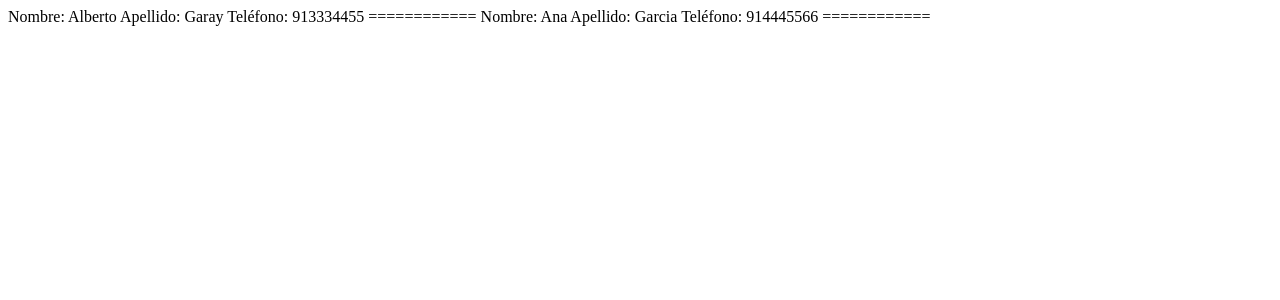
Repository: JaimeMarTal/JaimePHP
Page: http://localhost/ev1/ej11.php
The author's editor kept a copy of each file at every save. The page is drawn from the files as they stood at one save, then again after the next save.
The browser window is 1280 px wide. The pictures show the whole page.
The page is run by PHP 8.4 with error messages shown; the project is at /var/www/html/.

Above is the page before, as saved 2020-10-02 07:29:26.

After the next save:
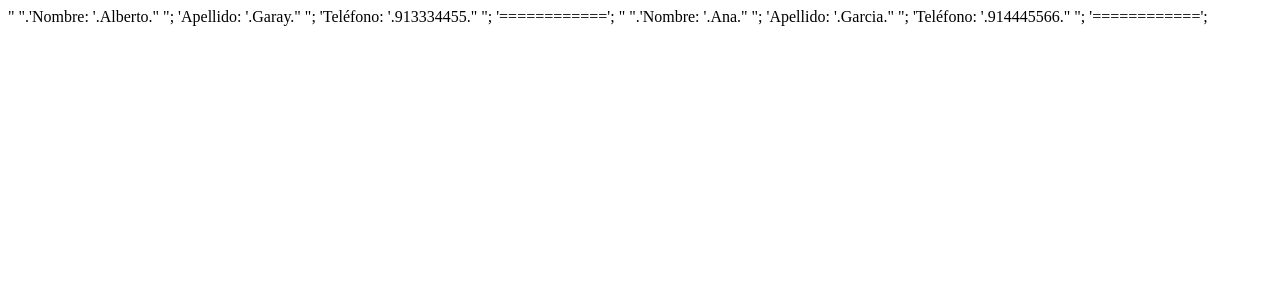
Saved 3 min 48 s later.
--- a/clase/ev1/ej11.php
+++ b/clase/ev1/ej11.php
@@ -7,12 +7,12 @@
 foreach ($personas as $elemento){
 
     $datos = explode(':',$elemento);
-    echo "\n".'Nombre: '.$datos[0]."\n";
-    echo 'Apellido: '.$datos[1]."\n";
-    echo 'Teléfono: '.$datos[2]."\n";
-    echo '============';
+    echo <<<PERSONA
+    "\n".'Nombre: '.$datos[0]."\n";
+    'Apellido: '.$datos[1]."\n";
+    'Teléfono: '.$datos[2]."\n";
+    '============';
+    PERSONA;
 }
 
-
-
 ?>

After the save that followed:
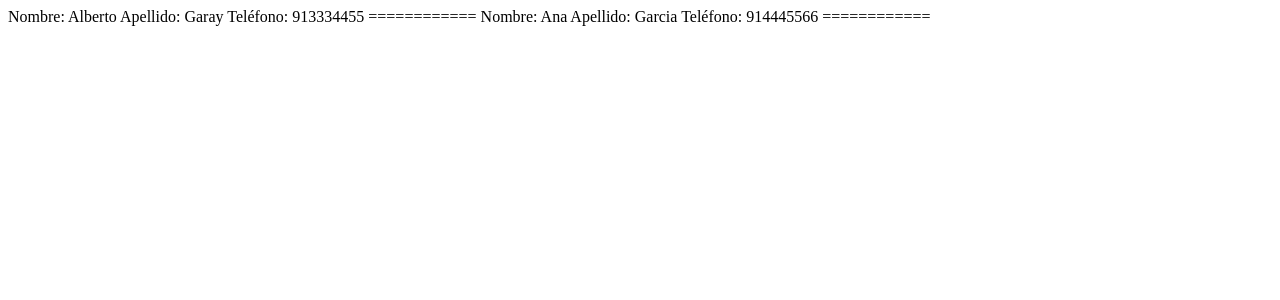
Saved 49 s later.
--- a/clase/ev1/ej11.php
+++ b/clase/ev1/ej11.php
@@ -8,10 +8,11 @@
 
     $datos = explode(':',$elemento);
     echo <<<PERSONA
-    "\n".'Nombre: '.$datos[0]."\n";
-    'Apellido: '.$datos[1]."\n";
-    'Teléfono: '.$datos[2]."\n";
-    '============';
+
+    Nombre: $datos[0]
+    Apellido: $datos[1]
+    Teléfono: $datos[2]
+    ============
     PERSONA;
 }
 
